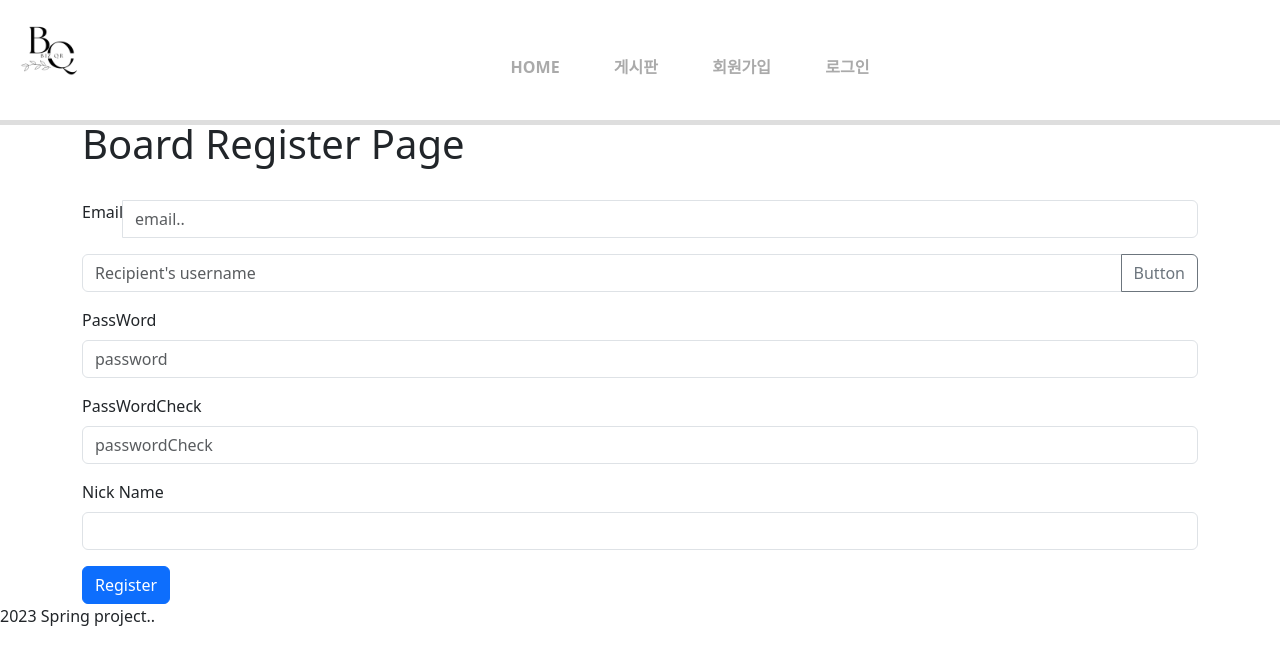
Repository: Skylee-1996/springSelf
Page: http://localhost/spring_test2/WEB-INF/views/member/register.jsp
These files come from the project's save history. The page is drawn as it stood at one moment and after the next save; the edit follows.
The browser window is 1280 px wide. The pictures show the whole page.
The page is served by Tomcat 9. Nobody is signed in. Other server files are loaded and not shown. The template is opened directly, without the code that normally fills it, so the values that code supplies are empty.

Above is the page before, as saved 2024-01-19 00:25:38.
Console error: TypeError: Cannot read properties of null (reading 'addEventListener')

### spring_test2/src/main/webapp/WEB-INF/views/member/register.jsp
<%@ page language="java" contentType="text/html; charset=UTF-8"
    pageEncoding="UTF-8"%>
<%@ taglib uri="http://java.sun.com/jsp/jstl/core" prefix="c"%>


<jsp:include page="../layout/header.jsp"></jsp:include>

	<!-- email, pwd, nick_name -->
<div class="container-md">
<h1>Board Register Page</h1>
<br>
<form action="/member/register" method="post" >
<div class="input-group mb-3">
  <label for="e" class="form-label">Email</label>
  <input type="email" class="form-control" name="email" id="e" placeholder="email.." required="required" aria-describedby="button-addon2">
</div>
<div class="input-group mb-3">
  <input type="text" class="form-control" placeholder="Recipient's username" aria-label="Recipient's username" aria-describedby="button-addon2">
  <button class="btn btn-outline-secondary" type="button" id="button-addon2">Button</button>
</div>
<div class="mb-3">
  <label for="p" class="form-label">PassWord</label>
  <input type="password" class="form-control" name="pwd" id="p" placeholder="password" required="required">
</div>
<div class="mb-3">
  <label for="pc" class="form-label">PassWordCheck</label>
  <input type="password" class="form-control" name="pwdC" id="pc" placeholder="passwordCheck" required="required">
</div>

<div class="mb-3">
  <label for="n" class="form-label">Nick Name</label>
   <input type="text" class="form-control" name="nickName" id="n">
</div>

<button type="submit" class="btn btn-primary" id="regBtn">Register</button>

</form>
</div>
<jsp:include page="../layout/footer.jsp"></jsp:include>

### spring_test2/src/main/webapp/WEB-INF/views/layout/header.jsp
<%@ page language="java" contentType="text/html; charset=UTF-8"
	pageEncoding="UTF-8"%>
<%@ taglib uri="http://java.sun.com/jsp/jstl/core" prefix="c"%>
<%@ taglib uri="http://www.springframework.org/security/tags"
	prefix="sec"%>
<!DOCTYPE html>
<html>
<head>
<meta charset="UTF-8">
<title>Insert title here</title>
<link rel="stylesheet" href="/resources/css/reset.css">
<link rel="stylesheet" href="/resources/css/nav.css">
<link href="https://cdn.jsdelivr.net/npm/bootstrap@5.3.1/dist/css/bootstrap.min.css" rel="stylesheet" integrity="sha384-4bw+/aepP/YC94hEpVNVgiZdgIC5+VKNBQNGCHeKRQN+PtmoHDEXuppvnDJzQIu9" crossorigin="anonymous">
<link
	href='https://fonts.googleapis.com/css?family=Roboto:500,900,100,300,700,400'
	rel='stylesheet' type='text/css'>
</head>
<body>

	<nav class="stroke">
	<a class="logo" href="/"><img src="/resources/image/logo.png" alt=""/></a>
		<ul>
			<li><a href="/">Home</a></li>
			<li><a href="/board/list">게시판</a></li>
			<sec:authorize access="isAuthenticated()">
				<sec:authentication property="principal.mvo.email" var="authEmail" />
				<sec:authentication property="principal.mvo.nickName" var="authNick" />
				<sec:authentication property="principal.mvo.authList" var="auths" />


				<c:choose>
					<c:when
						test="${auths.stream().anyMatch(authVO -> authVO.auth.equals('ROLE_ADMIN')).get() }">
						<li><a href="/member/list">회원리스트
								${authNick}(${authEmail}/ADMIN)</a></li>
					</c:when>
					<c:otherwise>
						<li><a href="/member/modify">회원정보
								수정${authNick}(${authEmail})</a></li>
					</c:otherwise>
				</c:choose>


				<li><a href="/member/logout" id="logoutLink">로그아웃</a></li>
				<li><a href="/board/register">게시판 글쓰기</a></li>
				<form action="/member/logout" method="post" id="logoutForm">
					<!--인증 된 이메일  -->
					<input type="hidden" name="email" value="${authEmail}">
				</form>

			</sec:authorize>

			<sec:authorize access="isAnonymous()">
				<li><a href="/member/register">회원가입</a></li>

				<li><a href="/member/login">로그인</a></li>
			</sec:authorize>
		</ul>
	</nav>



	<script type="text/javascript">

document.getElementById('logoutLink').addEventListener('click',(e)=>{
    e.preventDefault();
    document.getElementById('logoutForm').submit();
});
</script>

### spring_test2/src/main/webapp/WEB-INF/views/layout/footer.jsp
<%@ page language="java" contentType="text/html; charset=UTF-8"
    pageEncoding="UTF-8"%>



<div>
	2023 Spring project..
</div>

 <script src="https://cdn.jsdelivr.net/npm/bootstrap@5.3.1/dist/js/bootstrap.bundle.min.js" integrity="sha384-HwwvtgBNo3bZJJLYd8oVXjrBZt8cqVSpeBNS5n7C8IVInixGAoxmnlMuBnhbgrkm" crossorigin="anonymous"></script>
</body>
</html>

### spring_test2/src/main/webapp/resources/css/nav.css

/* NAVIGATION */
nav {
  width: 100%;
  margin: 0 auto;
  background: #fff;
  padding: 0px 0px 20px 0px;
  box-shadow: 0px 5px 0px #dedede;
  display: inline-block;
}
.logo{
	float: left;
}
nav a img{
  width: 100px;
  height: 100px;
}

/* By Dominik Biedebach @domobch */
nav ul {
  list-style: none;
  text-align: center;
  align-items: center;
  margin: 40px 0px 0px 0px;
}
nav ul li {
  display: inline-block;
}
nav ul li a {
  display: block;
  padding: 15px;
  text-decoration: none;
  color: #aaa;
  font-weight: 800;
  text-transform: uppercase;
  margin: 0 10px;
}
nav ul li a,
nav ul li a:after,
nav ul li a:before {
  transition: all .5s;
}
nav ul li a:hover {
  color: #555;
}

/* By Dominik Biedebach @domobch */


/* stroke */
nav.stroke ul li a,
nav.fill ul li a {
  position: relative;
}
nav.stroke ul li a:after,
nav.fill ul li a:after {
  position: absolute;
  bottom: 0;
  left: 0;
  right: 0;
  margin: auto;
  width: 0%;
  content: '.';
  color: transparent;
  background: #333;
  height: 1px;
}
nav.stroke ul li a:hover:after {
  width: 100%;
}

nav.fill ul li a {
  transition: all 2s;
}
/* By Dominik Biedebach @domobch */

nav.fill ul li a:after {
  text-align: left;
  content: '.';
  margin: 0;
  opacity: 0;
}
nav.fill ul li a:hover {
  color: #023f1c;
  z-index: 1;
}
nav.fill ul li a:hover:after {
  z-index: -10;
  animation: fill 1s forwards;
  -webkit-animation: fill 1s forwards;
  -moz-animation: fill 1s forwards;
  opacity: 1;
}

/* Circle */
nav.circle ul li a {
  position: relative;
  overflow: hidden;
  z-index: 1;
}
/* By Dominik Biedebach @domobch */
nav.circle ul li a:after {
  display: block;
  position: absolute;
  margin: 0;
  top: 0;
  bottom: 0;
  left: 0;
  right: 0;
  content: '.';
  color: transparent;
  width: 1px;
  height: 1px;
  border-radius: 50%;
  background: transparent;
}
nav.circle ul li a:hover:after {
  -webkit-animation: circle 1.5s ease-in forwards;
}

/* SHIFT */
nav.shift ul li a {
  position:relative;
  z-index: 1;
}
nav.shift ul li a:hover {
  color: #91640F;
}
nav.shift ul li a:after {
  display: block;
  position: absolute;
  top: 0;
  left: 0;
  bottom: 0;
  right: 0;
  margin: auto;
  width: 100%;
  height: 1px;
  content: '.';
  color: transparent;
  background: #F1C40F;
  visibility: none;
  opacity: 0;
  z-index: -1;
}
nav.shift ul li a:hover:after {
  opacity: 1;
  visibility: visible;
  height: 100%;
}

/* By Dominik Biedebach @domobch */

/* Blend */
nav.blend ul li a {
  position: relative;
  border-radius: 5px;
  overflow: hidden;
  z-index: 1;
}
nav.blend ul li a:hover {
  color: #fff;
}
nav.blend ul li a:before,
nav.blend ul li a:after {
  position: absolute;
  width: 0px;
  height: 100%;
  top: 0;
  bottom: 0;
  background: #D35400;
  transition: all .5s;
  margin: auto;
  content: '.';
  color: transparent;
  z-index: -1;
  opacity: 0.75;
}
nav.blend ul li a:before {
  left: 0;
}
nav.blend ul li a:after {
  right: 0;
}

nav.blend ul li a:hover:after,
nav.blend ul li a:hover:before {
  width: 100%;
}

/* DROWN */

nav.drown ul li a {
  position: relative;
  overflow: hidden;
  z-index: 1;
}

nav.drown ul li a:hover {
  color: #fff;
}

nav.drown ul li a:before {
  background: #fff;
  content: '.';
  color: transparent;
  position: absolute;
  width: 500%;
  top: 100px;
  right: 300px;
  height: 300px;
  z-index: -1;
}
nav.drown ul li a:hover:before {
  left: auto;
  bottom: auto;
  right: -50%;
  top: 0;
  background: #89C52B;
}



/* Keyframes */
@-webkit-keyframes fill {
  0% {
    width: 0%;
    height: 1px;
  }
  50% {
    width: 100%;
    height: 1px;
  }
  100% {
    width: 100%;
    height: 100%;
    background: #2ECC71;
  }
}

/* Keyframes */
@-webkit-keyframes circle {
  0% {
    width: 1px;
    top: 0;
    left: 0;
    bottom: 0;
    right: 0;
    margin: auto;
    height: 1px;
    z-index: -1;
    background: #eee;
    border-radius: 100%;
  }
  100% {
    background: #aaa;
    height: 5000%;
    width: 5000%;
    z-index: -1;
    top: 0;
    bottom: 0;
    left: 0;
    right: 0;
    margin: auto;
    border-radius: 0;
  }
}

/* By Dominik Biedebach @domobch */

Loaded but not shown: spring_test2/src/main/webapp/resources/css/reset.css (common file)

After the next save:
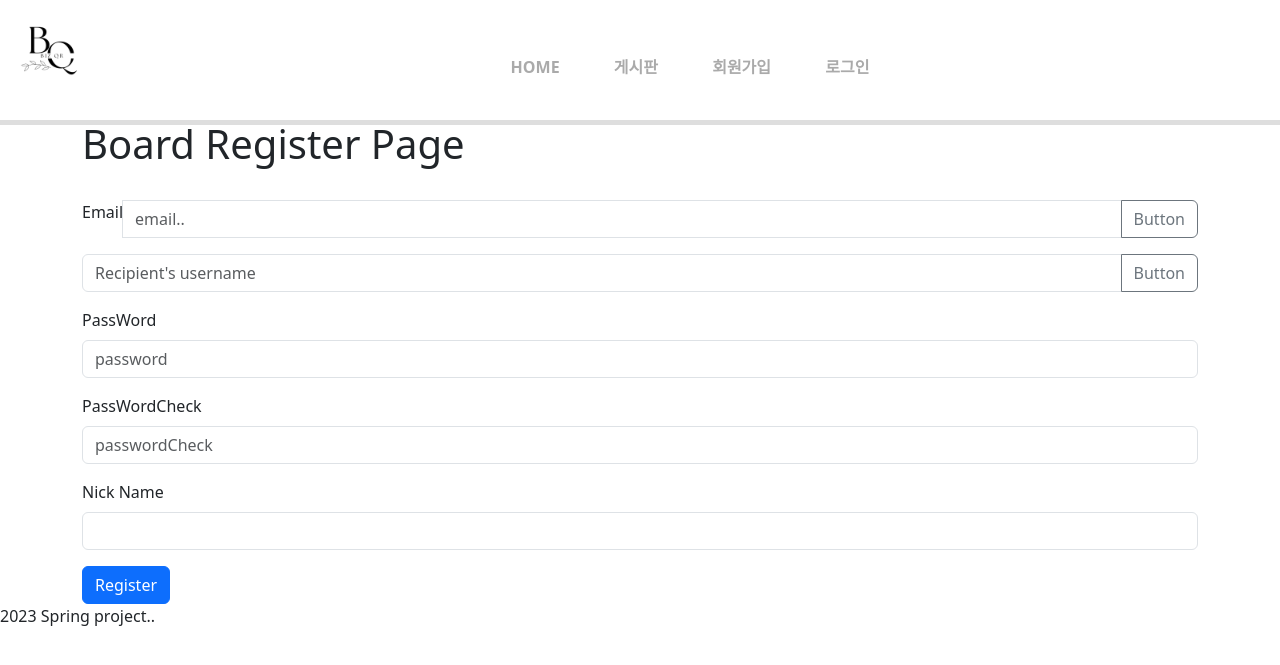
Saved 8 s later.
--- a/spring_test2/src/main/webapp/WEB-INF/views/member/register.jsp
+++ b/spring_test2/src/main/webapp/WEB-INF/views/member/register.jsp
@@ -13,6 +13,7 @@
 <div class="input-group mb-3">
   <label for="e" class="form-label">Email</label>
   <input type="email" class="form-control" name="email" id="e" placeholder="email.." required="required" aria-describedby="button-addon2">
+   <button class="btn btn-outline-secondary" type="button" id="button-addon2">Button</button>
 </div>
 <div class="input-group mb-3">
   <input type="text" class="form-control" placeholder="Recipient's username" aria-label="Recipient's username" aria-describedby="button-addon2">
